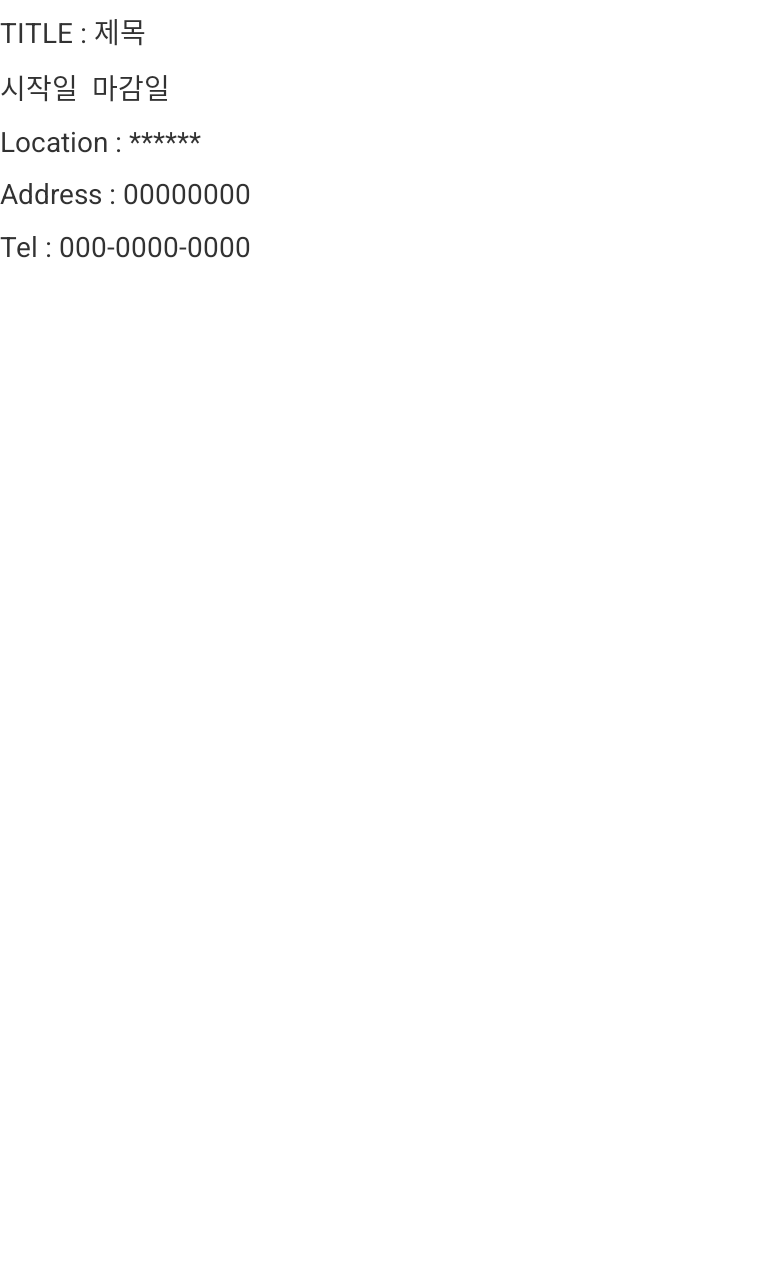
Repository: chlduq04/java
Layout: Culturemap/res/layout/detail.xml
These files come from the project's save history. The layout is drawn as it stood at one moment and after the next save; the edit follows.
It is drawn on a 768 x 1280 px phone screen (xhdpi) without system bars, with theme AppTheme; the app's code is not run.

Above is the layout before, as saved 2012-07-23 06:56:33.

After the next save:
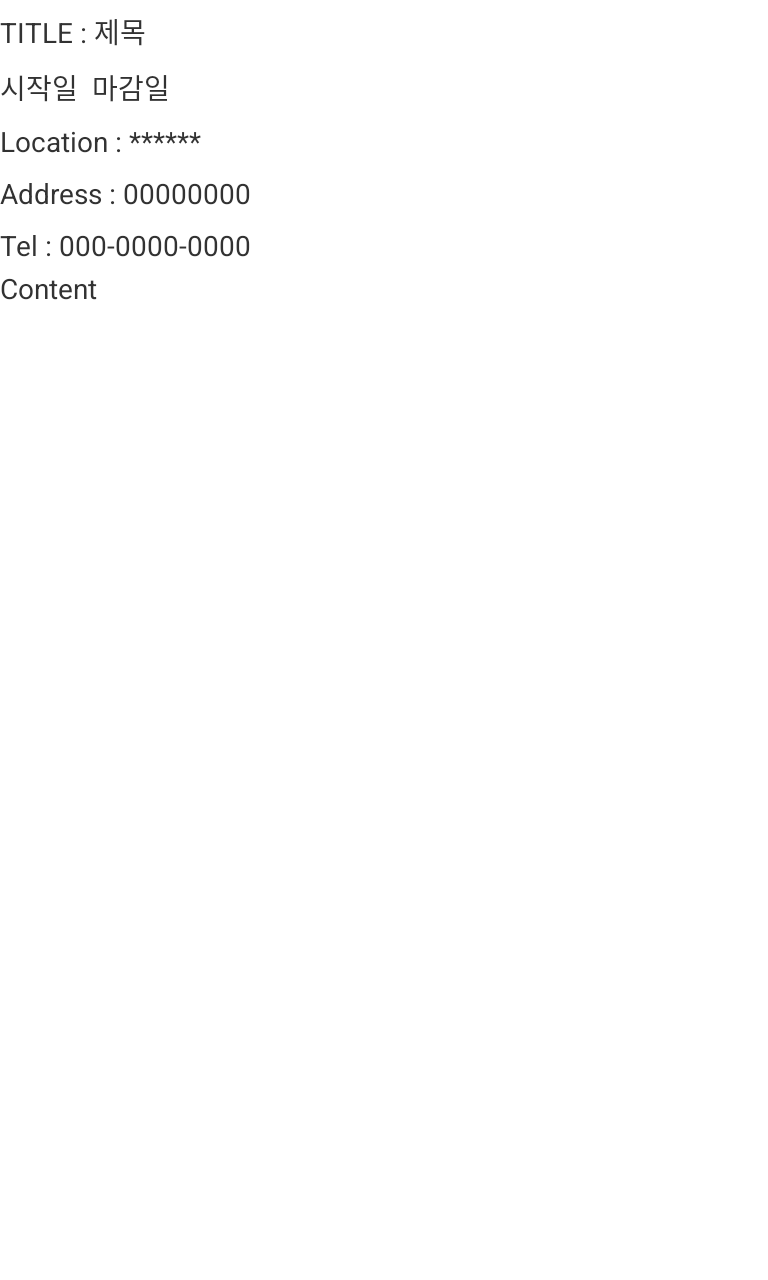
Saved 99 s later.
--- a/Culturemap/res/layout/detail.xml
+++ b/Culturemap/res/layout/detail.xml
@@ -111,6 +111,13 @@
         android:layout_height="wrap_content"
         android:layout_weight="6"
         android:orientation="vertical" >
+        <TextView
+            android:layout_width="fill_parent"
+            android:layout_height="fill_parent"
+            android:text="Content"
+            >
+
+        </TextView>
     </LinearLayout>
 
     <LinearLayout
